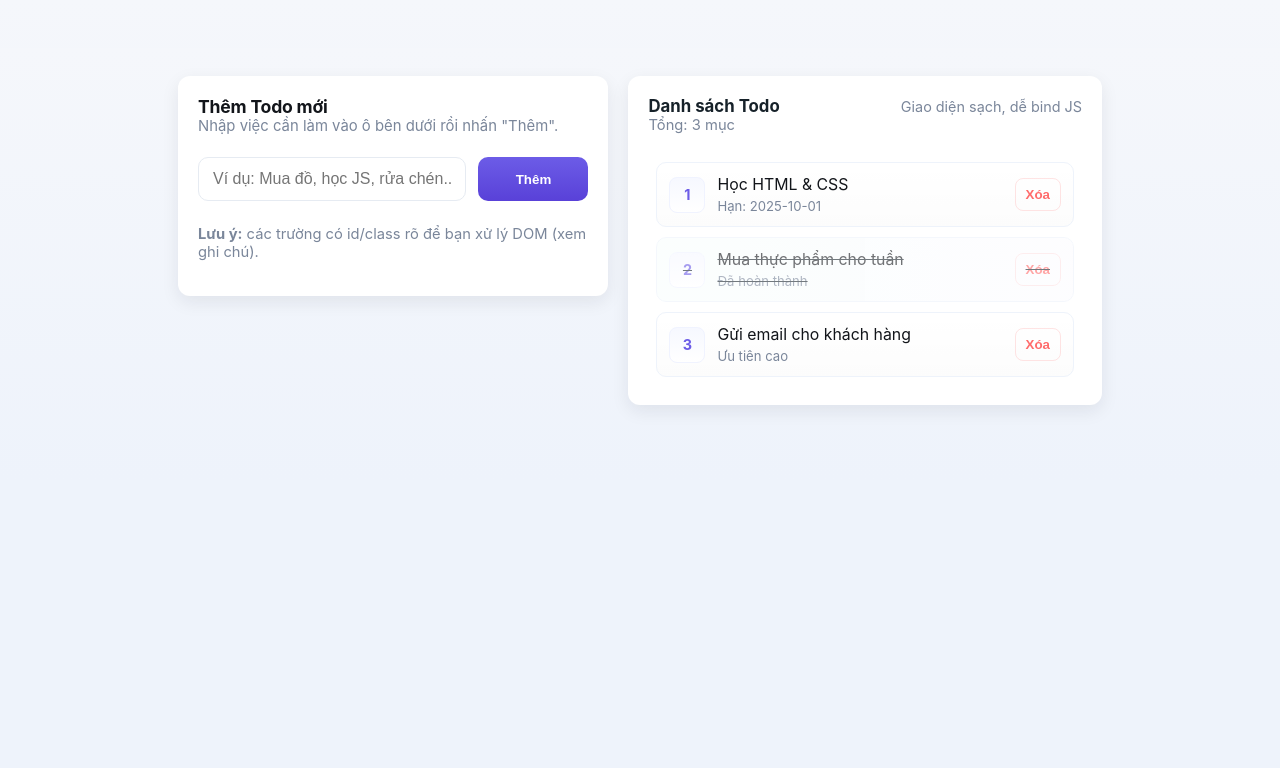
Repository: binhphanbp/ECMAScript_WEB501_WD20301
Page: class_TranBaHo/lesson3/1.todo-list/dom/index.html
The author's editor kept a copy of each file at every save. The page is drawn from the files as they stood at one save, then again after the next save.
The browser window is 1280 px wide. The pictures show the whole page.

Above is the page before, as saved 2025-09-23 10:52:06.

After the next save:
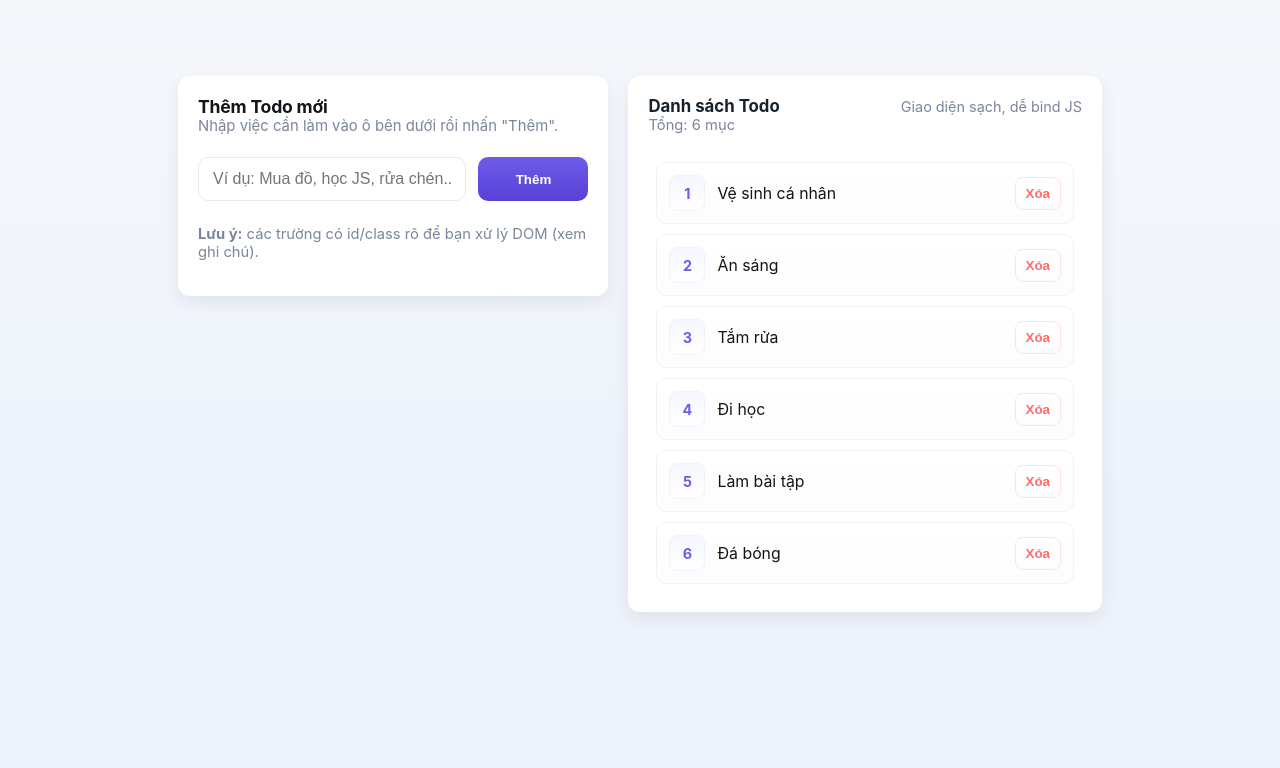
Saved 26 s later.
--- a/class_TranBaHo/lesson3/1.todo-list/dom/index.html
+++ b/class_TranBaHo/lesson3/1.todo-list/dom/index.html
@@ -369,5 +369,7 @@
         </div>
       </section>
     </main>
+
+    <script src="./main.js"></script>
   </body>
 </html>
